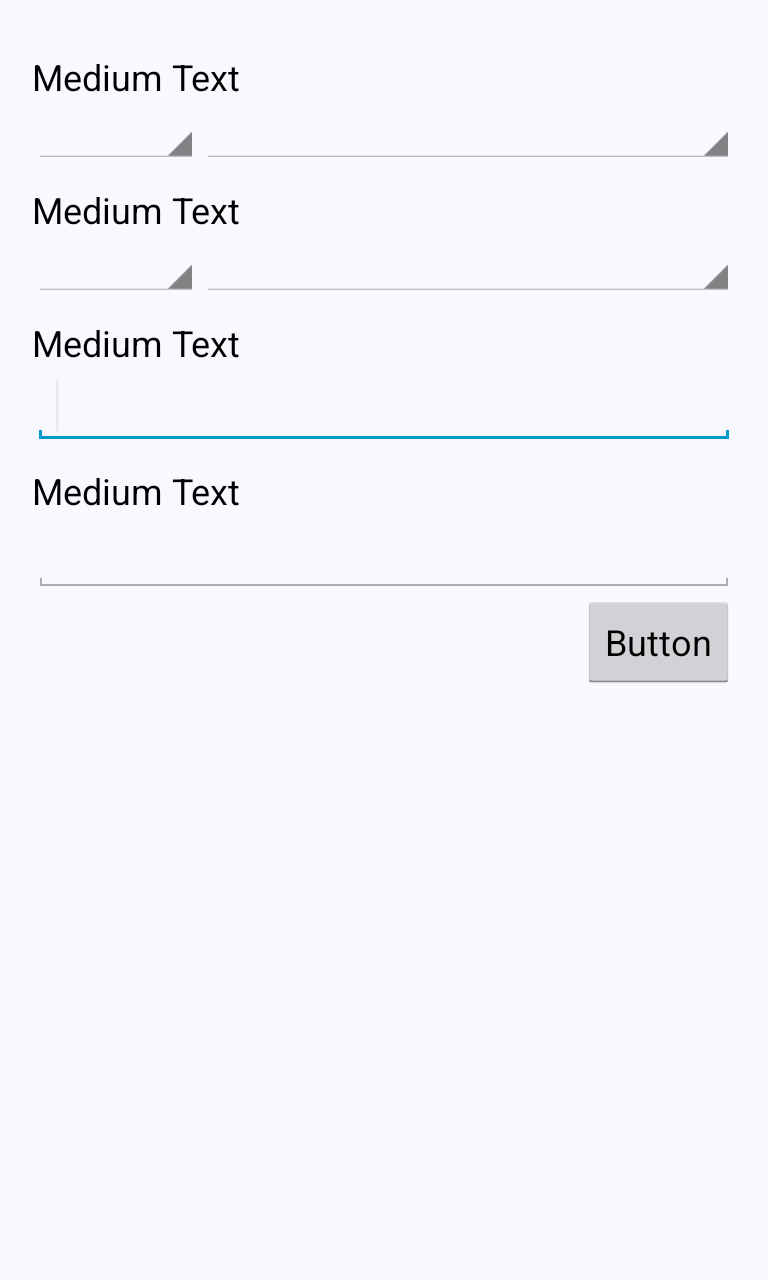
Repository: FelipeTravassos/app_calculation-of-spent-fuel
Layout: SpentFuel/res/layout/layout_data.xml
An editor plug-in stored every save of this project. The layout is shown before and after the next save, followed by the edit.
It is drawn on a 768 x 1280 px phone screen (xhdpi) without system bars, with theme AppTheme; the app's code is not run.

Above is the layout before, as saved 2014-01-10 18:31:21.

### SpentFuel/res/layout/layout_data.xml
<LinearLayout xmlns:android="http://schemas.android.com/apk/res/android"
    xmlns:tools="http://schemas.android.com/tools"
    android:layout_width="match_parent"
    android:layout_height="match_parent"
    android:background="#F8F8FF"
    android:orientation="vertical"
    android:paddingBottom="@dimen/activity_vertical_margin"
    android:paddingLeft="@dimen/activity_horizontal_margin"
    android:paddingRight="@dimen/activity_horizontal_margin"
    android:paddingTop="@dimen/activity_vertical_margin"
    tools:context=".MainActivity$DummySectionFragment" >

    <TextView
        android:id="@+id/TextViewFromLocality"
        android:layout_width="wrap_content"
        android:layout_height="wrap_content"
        android:layout_marginTop="10dp"
        android:text="Medium Text"
        android:textAppearance="?android:attr/textAppearanceMedium" />

    <LinearLayout
        android:layout_width="match_parent"
        android:layout_height="wrap_content" >

        <Spinner
            android:id="@+id/spinnerStateStart"
            android:layout_width="84dp"
            android:layout_height="wrap_content" />

        <Spinner
            android:id="@+id/spinnerCityStart"
            android:layout_width="wrap_content"
            android:layout_height="wrap_content"
            android:layout_weight="1" />

    </LinearLayout>

    <TextView
        android:id="@+id/textViewToLocality"
        android:layout_width="wrap_content"
        android:layout_height="wrap_content"
        android:layout_marginTop="10dp"
        android:text="Medium Text"
        android:textAppearance="?android:attr/textAppearanceMedium" />

    <LinearLayout
        android:layout_width="match_parent"
        android:layout_height="wrap_content" >

        <Spinner
            android:id="@+id/spinnerStateStart"
            android:layout_width="84dp"
            android:layout_height="wrap_content" />

        <Spinner
            android:id="@+id/spinnerCityStart"
            android:layout_width="wrap_content"
            android:layout_height="wrap_content"
            android:layout_weight="1" />

    </LinearLayout>

    <TextView
        android:id="@+id/textViewAverageConsumption"
        android:layout_width="wrap_content"
        android:layout_height="wrap_content"
        android:layout_marginTop="10dp"
        android:text="Medium Text"
        android:textAppearance="?android:attr/textAppearanceMedium" />

    <EditText
        android:id="@+id/editTextAverageConsumption"
        android:layout_width="match_parent"
        android:layout_height="wrap_content"
        android:ems="10"
        android:inputType="numberDecimal" >

        <requestFocus />
    </EditText>

    <TextView
        android:id="@+id/textViewFuelPrice"
        android:layout_width="wrap_content"
        android:layout_height="wrap_content"
        android:layout_marginTop="10dp"
        android:text="Medium Text"
        android:textAppearance="?android:attr/textAppearanceMedium" />

    <EditText
        android:id="@+id/editTextFuelPrice"
        android:layout_width="match_parent"
        android:layout_height="wrap_content"
        android:ems="10"
        android:inputType="numberDecimal" />

    <Button
        android:id="@+id/button1"
        android:layout_width="wrap_content"
        android:layout_height="wrap_content"
        android:layout_gravity="right"
        android:text="Button" />

</LinearLayout>

Loaded but not shown: SpentFuel/res/values/styles.xml (common file); SpentFuel/res/values-v11/styles.xml (common file); SpentFuel/res/values-v14/styles.xml (common file); SpentFuel/res/values/dimens.xml (common file)

After the next save:
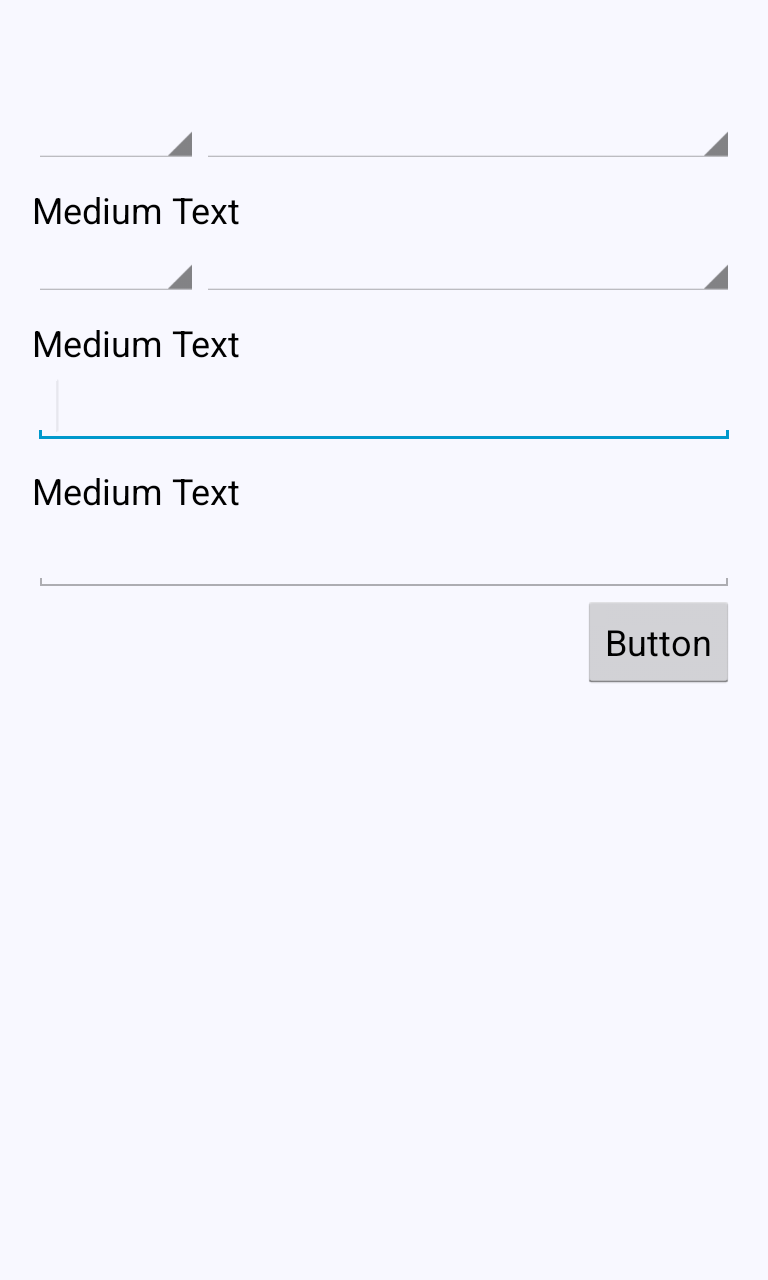
Saved 2 min 25 s later.
--- a/SpentFuel/res/layout/layout_data.xml
+++ b/SpentFuel/res/layout/layout_data.xml
@@ -16,6 +16,7 @@
         android:layout_height="wrap_content"
         android:layout_marginTop="10dp"
         android:text="Medium Text"
+        android:textColor="#F8F8FF"
         android:textAppearance="?android:attr/textAppearanceMedium" />
 
     <LinearLayout
